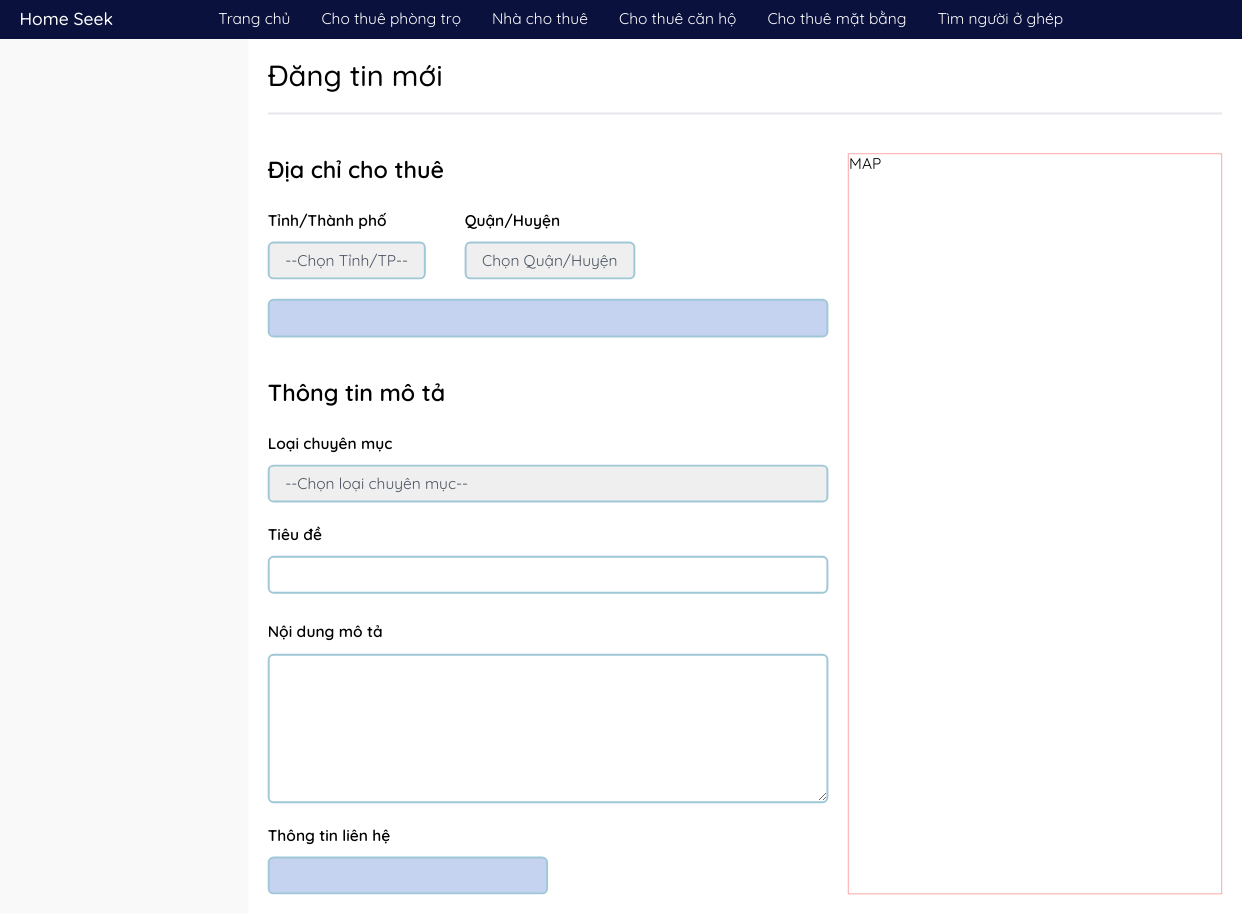
Repository: ajincome26/homeseek
Page: /create (app in client/)
The author's editor kept a copy of each file at every save. The page is drawn from the files as they stood at one save, then again after the next save.
The browser window is 1280 px wide. The pictures show the whole page, at 97% of full size.
The page's requests for data from a server got no answer. The project was rebuilt for these pictures with package versions that can differ from the ones it lists, and the page was loaded fresh each time. Some packages were replaced by stand-ins written for this rebuild. No one was signed in, and anything a server would have sent is missing. Also part of the build but not shown: client/vite.config.ts, client/src/components/Footer/Footer.tsx, client/src/components/Button/Button.tsx, client/src/components/Button/index.ts, client/src/utils/utils.tsx, client/src/components/MainHeader/components/User.tsx, client/src/components/Popover/Popover.tsx, client/src/components/Popover/index.ts and 16 more.

Above is the page before, as saved 2024-01-10 05:39:13.

### client/index.html
<!doctype html>
<html lang="en">
  <head>
    <meta charset="UTF-8" />
    <link rel="icon" type="image/svg+xml" href="/vite.svg" />
    <meta name="viewport" content="width=device-width, initial-scale=1.0" />
    <title>Home Seek</title>
    <link rel="preconnect" href="https://fonts.googleapis.com" />
    <link rel="preconnect" href="https://fonts.gstatic.com" crossorigin />
    <link
      href="https://fonts.googleapis.com/css2?family=Quicksand:wght@300;400;500;600;700&display=swap"
      rel="stylesheet"
    />
  </head>
  <body>
    <div id="root"></div>
    <script type="module" src="/src/main.tsx"></script>
  </body>
</html>

### client/src/main.tsx
import ReactDOM from 'react-dom/client'
import App from './App'
import './styles/index.scss'
import { BrowserRouter } from 'react-router-dom'
import { QueryClient, QueryClientProvider } from '@tanstack/react-query'
import { ReactQueryDevtools } from '@tanstack/react-query-devtools'
import { AuthProvider } from './contexts/auth.context'
import { ErrorBoundary } from './components/ErrorBoundary'

// Create a client
const queryClient = new QueryClient({
  defaultOptions: {
    queries: {
      refetchOnWindowFocus: false // disable việc fetch lại api khi focus tab window
    }
  }
})

ReactDOM.createRoot(document.getElementById('root')!).render(
  <BrowserRouter>
    <QueryClientProvider client={queryClient}>
      <AuthProvider>
        <ErrorBoundary>
          <App />
        </ErrorBoundary>
      </AuthProvider>
      <ReactQueryDevtools initialIsOpen={false} />
    </QueryClientProvider>
  </BrowserRouter>
)

### client/src/App.tsx
import { useEffect } from 'react'
import { useAuth } from './contexts/auth.context'
import useRoute from './useRoute'
import { LocalStorageEventTarget } from './utils/auth'
import { ToastContainer } from 'react-toastify'
import 'react-toastify/dist/ReactToastify.css'

function App() {
  const routeElements = useRoute()
  const { resetAuth } = useAuth()
  useEffect(() => {
    LocalStorageEventTarget.addEventListener('clearLS', () => {
      resetAuth()
    })
    return () => {
      LocalStorageEventTarget.removeEventListener('clearLS', () => {
        resetAuth()
      })
    }
  }, [resetAuth])
  return (
    <div className='bg-third'>
      <ToastContainer />
      <div>{routeElements}</div>
    </div>
  )
}

export default App

### client/src/styles/index.scss
@tailwind base;
@tailwind components;
@tailwind utilities;

@import 'reset';

body {
  font-family: 'Quicksand', sans-serif;
  font-size: 16px;
  line-height: 1.2;
}

select {
  -webkit-appearance: none;
  -moz-appearance: none;
  appearance: none;
}

::-webkit-scrollbar {
  width: 10px;
}
::-webkit-scrollbar-track {
  background-color: #fafafa;
}
::-webkit-scrollbar-thumb {
  background-color: #ccd0d7;
  border-radius: 50px;
}

/* Chrome, Safari, Edge, Opera */
input::-webkit-outer-spin-button,
input::-webkit-inner-spin-button {
  -webkit-appearance: none;
  margin: 0;
}
/* Firefox */
input[type='number'] {
  appearance: textfield;
}

.cr-truncate-1 {
  overflow: hidden;
  display: -webkit-box;
  -webkit-box-orient: vertical;
  -webkit-line-clamp: 1;
  text-overflow: ellipsis;
  word-break: break-word;
}

// class tailwind-sort
.cr-transition {
  @apply transition-all ease-linear duration-200;
}
.cr-hover-text {
  @apply hover:text-[#977616] transition-colors ease-linear duration-200 cursor-pointer;
}
.cr-input-text {
  @apply px-3 py-2 border-[2px] border-[#a0c7d6] outline-none rounded-md focus:border-[#4b5fc2] cr-transition box-border w-full;
}

### client/src/contexts/auth.context.tsx
import React, { createContext, useContext, useState } from 'react'
import { User } from '~/types/user.type'
import { getAccessToken, getUserInfoFromStorage } from '~/utils/auth'

interface AuthProviderType {
  isLoggedIn: boolean
  setIsLoggedIn: React.Dispatch<React.SetStateAction<boolean>>
  userInfo: User | null
  setUserInfo: React.Dispatch<React.SetStateAction<User | null>>
  resetAuth: () => void
}
const initialContext: AuthProviderType = {
  isLoggedIn: Boolean(getAccessToken()),
  setIsLoggedIn: () => null,
  userInfo: getUserInfoFromStorage(),
  setUserInfo: () => null,
  resetAuth: () => null
}

const AuthContext = createContext<AuthProviderType>(initialContext)
const useAuth = () => {
  const context = useContext(AuthContext)
  if (typeof context === 'undefined') throw new Error('useAuth must be used within a AuthContext')
  return context
}
const AuthProvider = ({ children }: { children: React.ReactNode }) => {
  const [isLoggedIn, setIsLoggedIn] = useState(initialContext.isLoggedIn)
  const [userInfo, setUserInfo] = useState(initialContext.userInfo)
  const resetAuth = () => {
    setIsLoggedIn(false)
    setUserInfo(null)
  }
  return (
    <AuthContext.Provider value={{ isLoggedIn, setIsLoggedIn, userInfo, setUserInfo, resetAuth }}>
      {children}
    </AuthContext.Provider>
  )
}

// eslint-disable-next-line react-refresh/only-export-components
export { useAuth, AuthProvider }

### client/src/components/ErrorBoundary/index.ts
export { default as ErrorBoundary } from './ErrorBoundary'

### client/src/useRoute.tsx
import { useRoutes } from 'react-router-dom'
import { path } from './constants/path'
import { MainLayout } from './layouts/MainLayout'
import ManageLayout from './layouts/ManageLayout/ManageLayout'
import { CreatePost } from './pages/CreatePostPage'
import { HomePage } from './pages/HomePage'
import { LoginPage } from './pages/LoginPage'
import { RegisterPage } from './pages/RegisterPage'

const { HOME, LOGIN, REGISTER, OAUTH, CREATE } = path

const useRoute = () => {
  return useRoutes([
    {
      path: LOGIN,
      element: <LoginPage />
    },
    {
      path: REGISTER,
      element: <RegisterPage />
    },
    {
      path: OAUTH,
      element: <LoginPage />
    },
    {
      path: OAUTH,
      element: <RegisterPage />
    },
    // Authen không ảnh hưởng
    {
      element: <ManageLayout />,
      children: [
        {
          index: true,
          path: CREATE,
          element: <CreatePost />
        }
      ]
    },
    {
      element: <MainLayout />,
      children: [
        {
          index: true,
          path: HOME,
          element: <HomePage />
        }
      ]
    }
  ])
}

export default useRoute

### client/src/utils/auth.ts
import { User } from '~/types/user.type'

export const LocalStorageEventTarget = new EventTarget()

export const getAccessToken = () => localStorage.getItem('accessToken') || ''
export const getRefreshToken = () => localStorage.getItem('refreshToken') || ''
export const setAccessToken = (accessToken: string) => localStorage.setItem('accessToken', accessToken)
export const setRefreshToken = (refreshToken: string) => localStorage.setItem('refreshToken', refreshToken)
export const getUserInfoFromStorage = () => {
  const info = localStorage.getItem('userInfo')
  return info ? JSON.parse(info) : null
}
export const setUserInfoToStorage = (userInfo: User) => localStorage.setItem('userInfo', JSON.stringify(userInfo))

export const clearLocalStorage = () => {
  localStorage.removeItem('accessToken')
  localStorage.removeItem('refreshToken')
  localStorage.removeItem('userInfo')
  const clearLSEvent = new Event('clearLS')
  LocalStorageEventTarget.dispatchEvent(clearLSEvent)
}

### client/src/styles/_reset.scss
*,
*::before,
*::after {
  box-sizing: border-box;
}
* {
  margin: 0;
  padding: 0;
}

html,
body {
  height: 100%;
}
body {
  line-height: 1.5;
  -webkit-font-smoothing: antialiased;
  -webkit-tap-highlight-color: rgba(0, 0, 0, 0);
}
a {
  text-decoration: none;
  color: inherit;
}
img,
picture,
video,
canvas,
svg {
  display: block;
  // max-width: 100%;
}
input,
button,
textarea,
select {
  font: inherit;
  outline: none;
}
option:checked {
  background-color: #0891b2;
  color: white;
  font-style: italic;
}
p,
h1,
h2,
h3,
h4,
h5,
h6 {
  overflow-wrap: break-word;
}

### client/src/constants/path.ts
export const path = {
  HOME: '/',
  LOGIN: '/login',
  OAUTH: '/login/oauth',
  REGISTER: '/register',
  LOGOUT: '/logout',

  ROOM_FOR_RENT: '/room-for-rent',
  HOUSE_FOR_RENT: '/house-for-rent',
  APARTMENT_FOR_RENT: '/apartment-for-rent',
  GROUND_FOR_RENT: '/ground-for-rent',
  FIND_A_ROOMATE: '/find-a-roomate',

  CREATE: '/create',
  MANAGE: '/manage',
  PROFILE: '/user/profile',
  CHANGE_PASSWORD: '/user/change-password',

  CONTACT: '/contact',

  NOT_FOUND: '*'
}

### client/src/layouts/MainLayout/index.ts
export { default as MainLayout } from './MainLayout'

### client/src/layouts/ManageLayout/ManageLayout.tsx
import { Outlet } from 'react-router-dom'
import { Sidebar } from '~/components/Sidebar'
import { SubHeader } from '~/components/SubHeader'

const ManageLayout = () => {
  return (
    <>
      <SubHeader />
      <div className='pt-[40px] flex'>
        <div className='min-h-[calc(100vh-40px)] basis-1/5'>
          <Sidebar />
        </div>
        <div className='bg-white basis-4/5'>
          <Outlet />
        </div>
      </div>
    </>
  )
}

export default ManageLayout

### client/src/pages/CreatePostPage/index.ts
export { default as CreatePost } from './CreatePost'

### client/src/pages/HomePage/index.ts
export { default as HomePage } from './HomePage'

### client/src/pages/LoginPage/index.ts
export { default as LoginPage } from './LoginPage'

### client/src/pages/RegisterPage/index.ts
export { default as RegisterPage } from './RegisterPage'

### client/src/components/Sidebar/index.ts
export { default as Sidebar } from './Sidebar'

### client/src/components/SubHeader/index.ts
export { default as SubHeader } from './SubHeader'

### client/src/pages/CreatePostPage/CreatePost.tsx
import { yupResolver } from '@hookform/resolvers/yup'
import { useForm } from 'react-hook-form'
import { postSchema, PostSchema } from '~/utils/schema'
import Address from './components/Address'
import Overview from './components/Overview'

export type FormPost = PostSchema

const CreatePost = () => {
  const { handleSubmit } = useForm<FormPost>({
    resolver: yupResolver(postSchema)
  })
  const handleCreatePost = (data: FormPost) => {}
  return (
    <div className='p-5 text-black'>
      <h2 className='w-full pb-5 text-3xl font-medium border-b-2'>Đăng tin mới</h2>
      <div className='flex gap-5 mt-10'>
        <form onSubmit={handleSubmit(handleCreatePost)} className='flex flex-col gap-10 basis-[60%]'>
          <Address />
          <Overview />
        </form>
        <div className='border border-red-300 map basis-[40%]'>MAP</div>
      </div>
    </div>
  )
}

export default CreatePost

### client/src/components/SubHeader/SubHeader.tsx
import { Link } from 'react-router-dom'
import { SubNavigation } from '../SubNavigation'

const SubHeader = () => {
  return (
    <div className='fixed w-full h-[40px] bg-primary text-white flex items-center gap-12 px-5'>
      <Link to={'/'} className='text-lg font-medium cursor-pointer hover:text-sixth cr-transition'>
        Home Seek
      </Link>
      <div className='w-[80%]'>
        <SubNavigation />
      </div>
    </div>
  )
}

export default SubHeader

### client/src/pages/CreatePostPage/components/Address.tsx
import { useQuery } from '@tanstack/react-query'
import { useEffect, useState } from 'react'
import provinceApi from '~/apis/province.api'
import { Field } from '~/components/Field'
import { InputReadOnly } from '~/components/Input'
import { Label } from '~/components/Label'
import { Select } from '~/components/Select'
import { District, Province } from '~/types/province.type'
import { apiGetPublicDistricts } from '~/utils/utils'

const Address = () => {
  const [provinces, setProvinces] = useState<Province[]>([])
  const [province, setProvince] = useState('')
  const [districts, setDistricts] = useState<District[]>([])
  const [district, setDistrict] = useState('')

  const provincesQuery = useQuery({
    queryKey: ['provinces'],
    queryFn: () => provinceApi.getProvinces()
  })

  useEffect(() => {
    if (provincesQuery.data?.data) {
      // eslint-disable-next-line @typescript-eslint/no-explicit-any
      setProvinces((provincesQuery.data.data as any).results)
    }
  }, [provincesQuery, setProvinces])

  useEffect(() => {
    const fetchDistrict = async () => {
      const response = await apiGetPublicDistricts(province)
      // eslint-disable-next-line @typescript-eslint/no-explicit-any
      setDistricts((response as any)?.data.results)
    }
    fetchDistrict()
  }, [provinces, province])

  return (
    <div>
      <h1 className='mb-5 text-2xl font-semibold'>Địa chỉ cho thuê</h1>
      <div className='flex gap-10 mb-5'>
        <Field>
          <Label textColor='text-black' htmlFor='title'>
            Tỉnh/Thành phố
          </Label>
          <Select
            type='province'
            optionTitle='--Chọn Tỉnh/TP--'
            provinces={provinces}
            value={province}
            setValue={setProvince}
          />
        </Field>
        <Field>
          <Label textColor='text-black' htmlFor='title'>
            Quận/Huyện
          </Label>
          <Select
            type='district'
            optionTitle='Chọn Quận/Huyện'
            districts={districts}
            value={district}
            setValue={setDistrict}
          />
        </Field>
      </div>
      <InputReadOnly
        title='Địa chỉ chính xác'
        data={`${district ? `${districts.find((item) => item.district_id === district)?.district_name}, ` : ''} ${
          province ? provinces.find((item) => item.province_id === province)?.province_name : ''
        }`}
      />
    </div>
  )
}

export default Address

### client/src/components/Field/index.ts
export { default as Field } from './Field'

### client/src/components/Input/index.ts
export { default as Input } from './Input'
export { default as InputPassword } from './InputPassword'
export { default as InputSearch } from './InputSearch'
export { default as InputNumber } from './InputNumber'
export { default as InputFile } from './InputFile'
export { default as InputReadOnly } from './InputReadOnly'

### client/src/components/Label/index.ts
export { default as Label } from './Label'

### client/src/utils/icons.ts
import { BiSolidShoppingBags, BiLogoFacebookCircle, BiPlus } from 'react-icons/bi'
import {
  AiFillInstagram,
  AiFillTwitterCircle,
  AiOutlineEye,
  AiOutlineEyeInvisible,
  AiOutlineShoppingCart,
  AiFillStar,
  AiOutlineStar,
  AiFillCaretRight,
  AiOutlineQuestionCircle,
  AiFillHeart,
  AiOutlineHeart,
  AiOutlinePlusCircle
} from 'react-icons/ai'
import { TbWorld, TbUserCircle, TbBrandMessenger } from 'react-icons/tb'
import { PiCaretDownBold, PiCaretUpBold, PiCaretLeftBold, PiCaretRightBold } from 'react-icons/pi'
import { HiOutlineSearch, HiOutlineLogout } from 'react-icons/hi'
import { BsListUl, BsThreeDots, BsShieldLock, BsPencilSquare } from 'react-icons/bs'
import { LiaFilterSolid } from 'react-icons/lia'
import { RiSubtractLine, RiTodoLine } from 'react-icons/ri'
import { FaCartPlus } from 'react-icons/fa'
import { CiEdit } from 'react-icons/ci'
import { FaRegUser, FaUserEdit } from 'react-icons/fa'
import { SiSensu } from 'react-icons/si'
import { FcGoogle } from 'react-icons/fc'
import { MdOutlineDashboard, MdOutlineLibraryBooks } from 'react-icons/md'

export default {
  AiFillInstagram,
  AiFillTwitterCircle,
  AiOutlineEye,
  AiOutlineEyeInvisible,
  AiOutlineShoppingCart,
  AiFillStar,
  AiOutlineStar,
  AiFillCaretRight,
  AiOutlineQuestionCircle,
  AiFillHeart,
  AiOutlineHeart,
  AiOutlinePlusCircle,
  BiSolidShoppingBags,
  BiLogoFacebookCircle,
  PiCaretDownBold,
  PiCaretUpBold,
  PiCaretLeftBold,
  PiCaretRightBold,
  TbWorld,
  TbUserCircle,
  TbBrandMessenger,
  HiOutlineSearch,
  HiOutlineLogout,
  BsListUl,
  BsThreeDots,
  BsShieldLock,
  BsPencilSquare,
  LiaFilterSolid,
  BiPlus,
  RiSubtractLine,
  RiTodoLine,
  FaCartPlus,
  FaUserEdit,
  CiEdit,
  FaRegUser,
  SiSensu,
  FcGoogle,
  MdOutlineDashboard,
  MdOutlineLibraryBooks
}

### client/src/constants/data.tsx
import { path } from './path'
import icons from '~/utils/icons'
import { CategoryType } from '~/types/category.type'

const { BsPencilSquare, MdOutlineLibraryBooks, TbUserCircle, FaUserEdit, TbBrandMessenger } = icons

const {
  ROOM_FOR_RENT,
  HOUSE_FOR_RENT,
  APARTMENT_FOR_RENT,
  GROUND_FOR_RENT,
  FIND_A_ROOMATE,
  CREATE,
  MANAGE,
  PROFILE,
  CONTACT
} = path

export const categories = [
  { id: 1, name: 'Cho thuê phòng trọ', path: ROOM_FOR_RENT },
  { id: 2, name: 'Nhà cho thuê', path: HOUSE_FOR_RENT },
  { id: 3, name: 'Cho thuê căn hộ', path: APARTMENT_FOR_RENT },
  { id: 4, name: 'Cho thuê mặt bằng', path: GROUND_FOR_RENT },
  { id: 5, name: 'Tìm người ở ghép', path: FIND_A_ROOMATE }
] as CategoryType[]

export const dataManage = [
  {
    id: 1,
    text: 'Đăng tin cho thuê',
    path: CREATE,
    icon: <BsPencilSquare />
  },
  {
    id: 2,
    text: 'Quản lý tin đăng',
    path: MANAGE,
    icon: <MdOutlineLibraryBooks />
  },
  {
    id: 3,
    text: 'Thông tin tài khoản',
    path: PROFILE,
    icon: <TbUserCircle />
  }
]

export const dataSidebar = [
  {
    id: 1,
    text: 'Đăng tin cho thuê',
    path: CREATE,
    icon: <BsPencilSquare />
  },
  {
    id: 2,
    text: 'Quản lý tin đăng',
    path: MANAGE,
    icon: <MdOutlineLibraryBooks />
  },
  {
    id: 3,
    text: 'Sửa thông tin cá nhân',
    path: PROFILE,
    icon: <FaUserEdit />
  },
  {
    id: 4,
    text: 'Liên hệ',
    path: CONTACT,
    icon: <TbBrandMessenger />
  }
]

### client/src/components/SubNavigation/index.ts
export { default as SubNavigation } from './SubNavigation'

### client/src/apis/province.api.ts
import { Province } from '~/types/province.type'
import { apiGetPublicProvinces } from '~/utils/utils'

const provinceApi = {
  getProvinces: () => apiGetPublicProvinces.get<Province[]>('/')
}

export default provinceApi

### client/src/components/Select/index.ts
export { default as Select } from './Select'

### client/src/components/Field/Field.tsx
interface Props {
  children: JSX.Element | JSX.Element[]
}

const Field = ({ children }: Props) => {
  return <div className='flex flex-col items-start'>{children}</div>
}

export default Field

### client/src/components/Input/Input.tsx
import { InputHTMLAttributes } from 'react'
import type { FieldValues, FieldPath, UseFormRegister } from 'react-hook-form'

export interface InputProps<TFieldValues extends FieldValues> extends InputHTMLAttributes<HTMLInputElement> {
  name: FieldPath<TFieldValues>
  errorMessage?: string
  register: UseFormRegister<TFieldValues>
}

const Input = <TFieldValues extends FieldValues = FieldValues>({
  className,
  type,
  name,
  children,
  errorMessage,
  register,
  ...props
}: InputProps<TFieldValues>) => {
  return (
    <div className='relative w-full'>
      <input
        id={name}
        type={type || 'text'}
        {...register(name)}
        {...props}
        className={`mb-[6px] border rounded-lg py-3 bg-grayField hover:border-primary focus:border-primary transition w-full focus:bg-white ${
          children ? 'pl-4 pr-10' : 'px-4'
        } ${className}`}
        autoComplete='on'
      />
      <span className='absolute top-1/2 right-3 translate-y-[-110%] cursor-pointer text-grayDark'>{children}</span>
      {errorMessage && <div className='text-sm text-red-500 min-h-[1rem] leading-4'>{errorMessage}</div>}
    </div>
  )
}

export default Input

### client/src/components/Input/InputReadOnly.tsx
import { InputHTMLAttributes } from 'react'

export interface InputProps extends InputHTMLAttributes<HTMLInputElement> {
  id: string
  data: string
}

const InputReadOnly = ({ id, data }: InputProps) => {
  return (
    <div className='w-full'>
      <input type='text' id={id} value={data || ''} className='cr-input-text bg-[#c5d3f1]' readOnly />
    </div>
  )
}

export default InputReadOnly

### client/src/components/Label/Label.tsx
interface Props {
  htmlFor: string
  children: string
  textColor?: string
}

const Label = ({ htmlFor, children, textColor }: Props) => {
  return (
    <label className={`${textColor || 'text-white'} mt-2 mb-3 font-semibold cursor-pointer`} htmlFor={htmlFor}>
      {children}
    </label>
  )
}

export default Label

### client/src/components/SubNavigation/SubNavigation.tsx
import { NavLink } from 'react-router-dom'
import { categories } from '~/constants/data'

const notActive = 'hover:bg-secondary px-4 h-full flex items-center bg-primary transition-all ease-linear duration-300'
const active = 'hover:bg-secondary px-4 h-full flex items-center bg-secondary'
const SubNavigation = () => {
  return (
    <div className='w-full h-[40px] flex justify-center items-center'>
      <div className='flex items-center h-full'>
        <NavLink to={'/'} className={({ isActive }) => (isActive ? active : notActive)}>
          Trang chủ
        </NavLink>
        {categories?.length > 0 &&
          categories.map((item, index) => {
            return (
              <div key={index} className='h-full'>
                <NavLink to={item.path} className={({ isActive }) => (isActive ? active : notActive)}>
                  {item.name}
                </NavLink>
              </div>
            )
          })}
      </div>
    </div>
  )
}

export default SubNavigation

Loaded but not shown: client/tailwind.config.js (37 lines, source omitted); client/src/utils/schema.ts (64 lines, source omitted); client/src/pages/CreatePostPage/components/Overview.tsx (75 lines, source omitted); client/src/components/Select/Select.tsx (49 lines, source omitted)

After the next save:
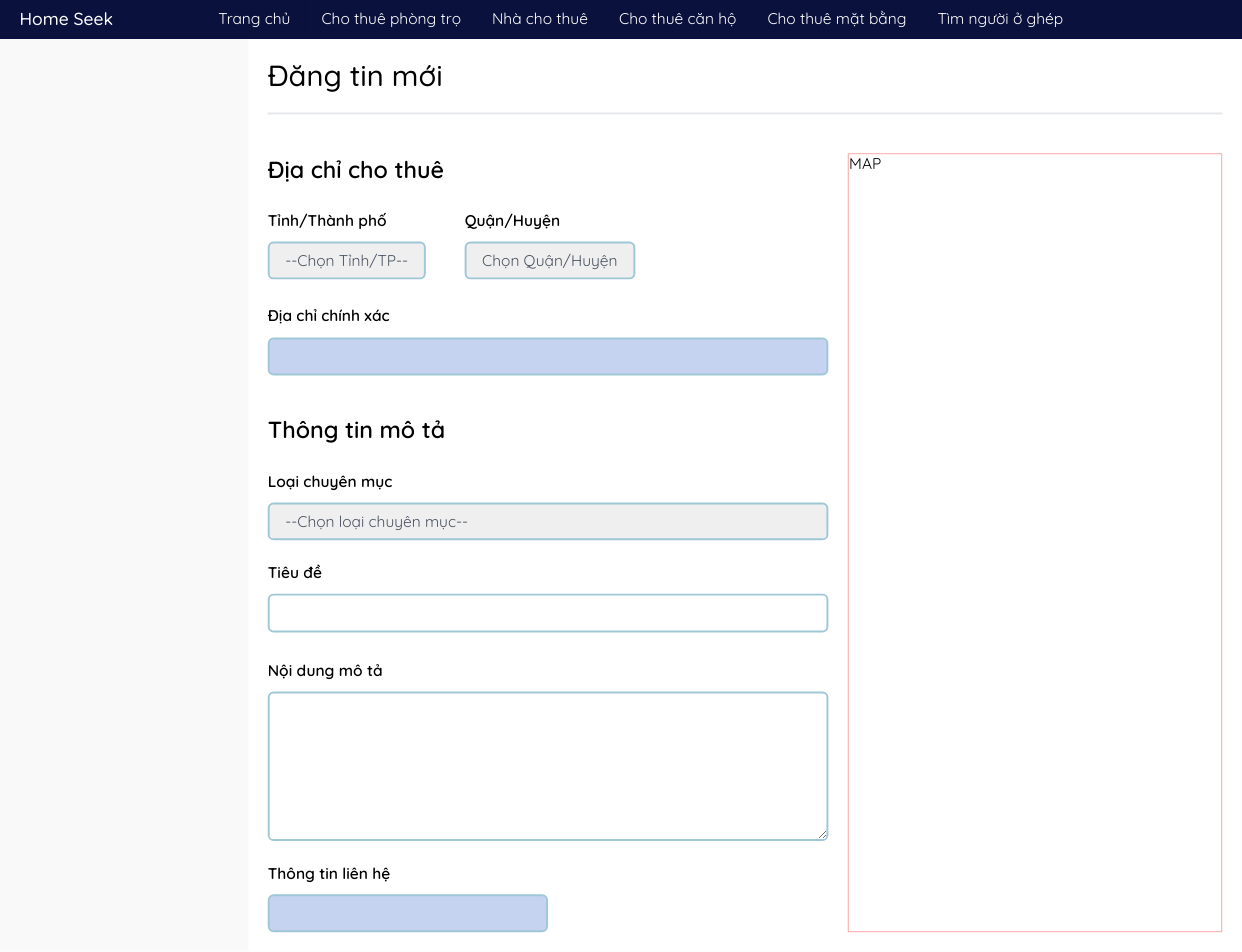
Saved 50 s later.
--- a/client/src/pages/CreatePostPage/components/Address.tsx
+++ b/client/src/pages/CreatePostPage/components/Address.tsx
@@ -64,12 +64,17 @@ const Address = () => {
           />
         </Field>
       </div>
-      <InputReadOnly
-        title='Địa chỉ chính xác'
-        data={`${district ? `${districts.find((item) => item.district_id === district)?.district_name}, ` : ''} ${
-          province ? provinces.find((item) => item.province_id === province)?.province_name : ''
-        }`}
-      />
+      <Field>
+        <Label textColor='text-black' htmlFor='username'>
+          Địa chỉ chính xác
+        </Label>
+        <InputReadOnly
+          title='Địa chỉ chính xác'
+          data={`${district ? `${districts.find((item) => item.district_id === district)?.district_name}, ` : ''} ${
+            province ? provinces.find((item) => item.province_id === province)?.province_name : ''
+          }`}
+        />
+      </Field>
     </div>
   )
 }
